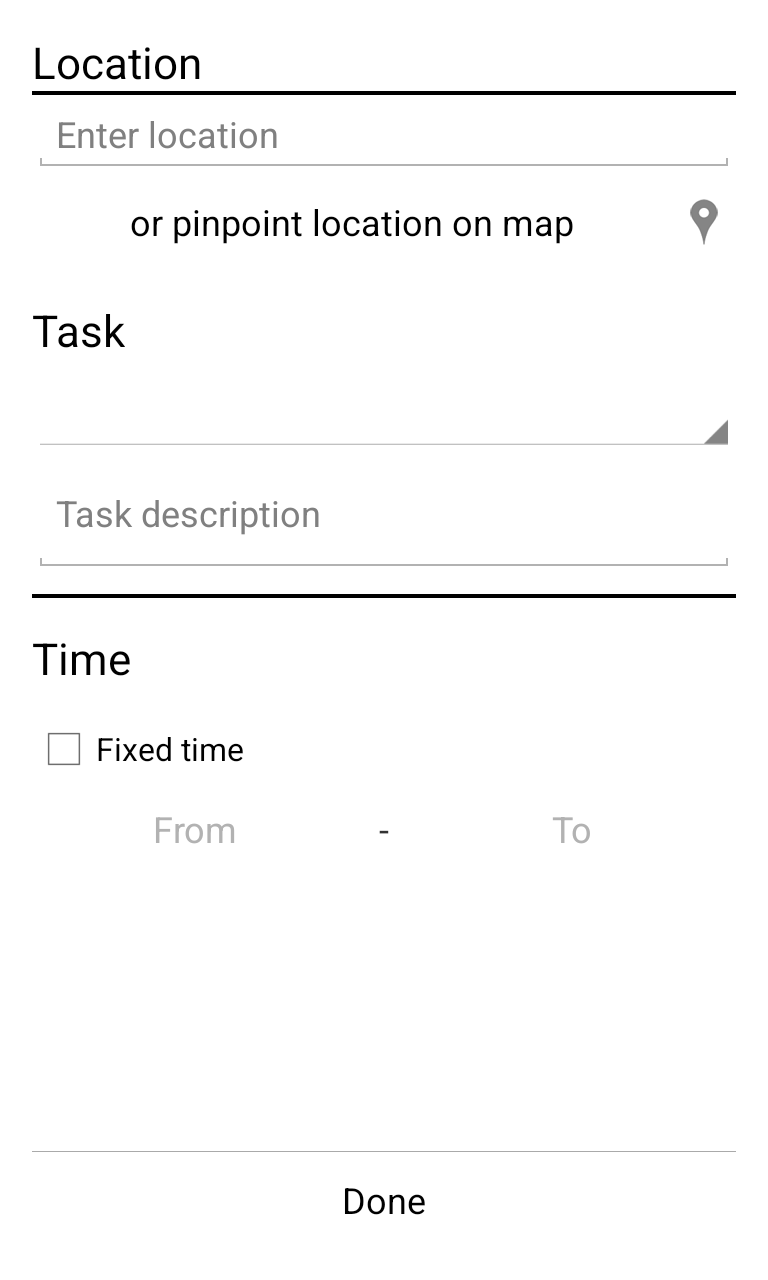
Repository: larserikstrand/IMT4904-Master
Layout: MTP/res/layout/activity_new_task.xml
An editor plug-in stored every save of this project. The layout is shown before and after the next save, followed by the edit.
It is drawn on a 768 x 1280 px phone screen (xhdpi) without system bars, with theme android:Theme.Holo.Light; the app's code is not run.

Above is the layout before, as saved 2014-02-10 21:02:17.

### MTP/res/layout/activity_new_task.xml
<LinearLayout xmlns:android="http://schemas.android.com/apk/res/android"
    xmlns:tools="http://schemas.android.com/tools"
    android:layout_width="match_parent"
    android:layout_height="match_parent"
    android:paddingBottom="@dimen/activity_vertical_margin"
    android:paddingLeft="@dimen/activity_horizontal_margin"
    android:paddingRight="@dimen/activity_horizontal_margin"
    android:paddingTop="@dimen/activity_vertical_margin"
    android:orientation="vertical"
    tools:context=".NewTaskActivity" >

    <ScrollView android:layout_width="match_parent"
        android:layout_height="0dp"
        android:layout_weight="1" >

    	<LinearLayout android:layout_width="match_parent"
        	android:layout_height="wrap_content"
        	android:orientation="vertical" >

        	<TextView
        		android:layout_width="wrap_content"
        		android:layout_height="wrap_content"
        		android:text="@string/location"
        		android:textAppearance="?android:attr/textAppearanceLarge" />

        	<View android:layout_width="match_parent"
        		android:layout_height="2dp"
        		android:background="@android:color/black" />

    		<EditText android:id="@+id/location_edit"
        		android:layout_width="match_parent"
        		android:layout_height="wrap_content"
        		android:hint="@string/location_hint" />

    		<Button android:id="@+id/location_button"
        		android:layout_width="match_parent"
        		android:layout_height="wrap_content"
        		android:background="?android:attr/selectableItemBackground"
        		android:text="@string/pinpoint"
        		android:drawableRight="@drawable/ic_location_place" />

    		<TextView
        		android:layout_width="wrap_content"
        		android:layout_height="wrap_content"
        		android:layout_marginTop="15dp"
        		android:layout_marginBottom="15dp"
        		android:text="@string/task"
        		android:textAppearance="?android:attr/textAppearanceLarge" />

    		<Spinner android:id="@+id/category_spinner"
        		android:layout_width="match_parent"
        		android:layout_height="wrap_content" />

    		<EditText android:id="@+id/description_edit"
        		android:layout_width="match_parent"
        		android:layout_height="wrap_content"
        		android:layout_marginBottom="10dp"
        		android:lines="2"
        		android:hint="@string/task_description_hint" />

    		<View android:layout_width="match_parent"
        		android:layout_height="2dp"
        		android:background="@android:color/black" />

    		<TextView
        		android:layout_width="wrap_content"
        		android:layout_height="wrap_content"
        		android:layout_marginTop="15dp"
        		android:layout_marginBottom="15dp"
        		android:text="@string/time"
        		android:textAppearance="?android:attr/textAppearanceLarge" />

    		<CheckBox android:id="@+id/fixed_time_check"
        		android:layout_width="match_parent"
        		android:layout_height="wrap_content"
        		android:text="@string/fixed_time" />

    		<LinearLayout android:id="@+id/time_layout"
        		android:layout_width="match_parent"
        		android:layout_height="wrap_content"
        		android:orientation="horizontal" >

        		<Button android:id="@+id/from_button"
            		android:layout_width="0dp"
            		android:layout_height="wrap_content"
            		android:layout_weight="1"
            		android:layout_marginRight="10dp"
            		android:background="?android:attr/selectableItemBackground"
            		android:text="@string/from"
            		android:enabled="false" />

        		<TextView android:layout_width="wrap_content"
            		android:layout_height="wrap_content"
            		android:text="@string/divider"
            		android:textSize="18sp" />

        		<Button android:id="@+id/to_button"
            		android:layout_width="0dp"
            		android:layout_height="wrap_content"
            		android:layout_weight="1"
            		android:layout_marginLeft="10dp"
            		android:background="?android:attr/selectableItemBackground"
            		android:text="@string/to"
            		android:enabled="false" />

    		</LinearLayout>

    	</LinearLayout>

    </ScrollView>

    <View android:layout_width="match_parent"
        android:layout_height="0.2dp"
        android:background="@android:color/darker_gray" />

    <Button android:id="@+id/done_button"
        android:layout_width="match_parent"
        android:layout_height="wrap_content"
        android:background="?android:attr/selectableItemBackground"
        android:text="@string/done" />

</LinearLayout>

### MTP/res/values/strings.xml
<?xml version="1.0" encoding="utf-8"?>
<resources>

    <!-- Titles -->
    <string name="app_name">MTP</string>
    <string name="title_activity_list">ListActivity</string>
    <string name="title_activity_new_task">New Task</string>
    <string name="title_activity_map">Map</string>

    <!-- Menu -->
    <string name="action_settings">Settings</string>
    <string name="action_about">About</string>

    <!-- General -->
    <string name="today">Today</string>
    <string name="week">Week</string>
    <string name="all_tasks">All Tasks</string>
    <string name="task">Task</string>
    <string name="new_task_list">New task list</string>
    <string name="new_task">New task</string>
    <string name="edit_list">Edit list</string>
    <string name="edit">Edit</string>
    <string name="delete">Delete</string>
    <string name="set_date">Set date</string>
    <string name="save">Save</string>
    <string name="done">Done</string>
    <string name="location">Location</string>
    <string name="location_hint">Enter location</string>
    <string name="pinpoint">or pinpoint location on map</string>
    <string name="task_description_hint">Task description</string>
    <string name="time">Time</string>
    <string name="fixed_time">Fixed time</string>
    <string name="from">From</string>
    <string name="to">To</string>
    <string name="divider">-</string>

    <!-- Messages/Alerts -->


    <!-- Arrays -->
    <string-array name="undergraduate_tasks_array">
        <item>Attend lecture</item>
        <item>Write report</item>
        <item>Do course exercises</item>
        <item>Meeting</item>
        <item>Group work</item>
    </string-array>

    <string-array name="postgraduate_tasks_array">
        <item>Write thesis</item>
        <item>Meeting</item>
    </string-array>

</resources>

Loaded but not shown: MTP/res/values/dimens.xml (common file)

After the next save:
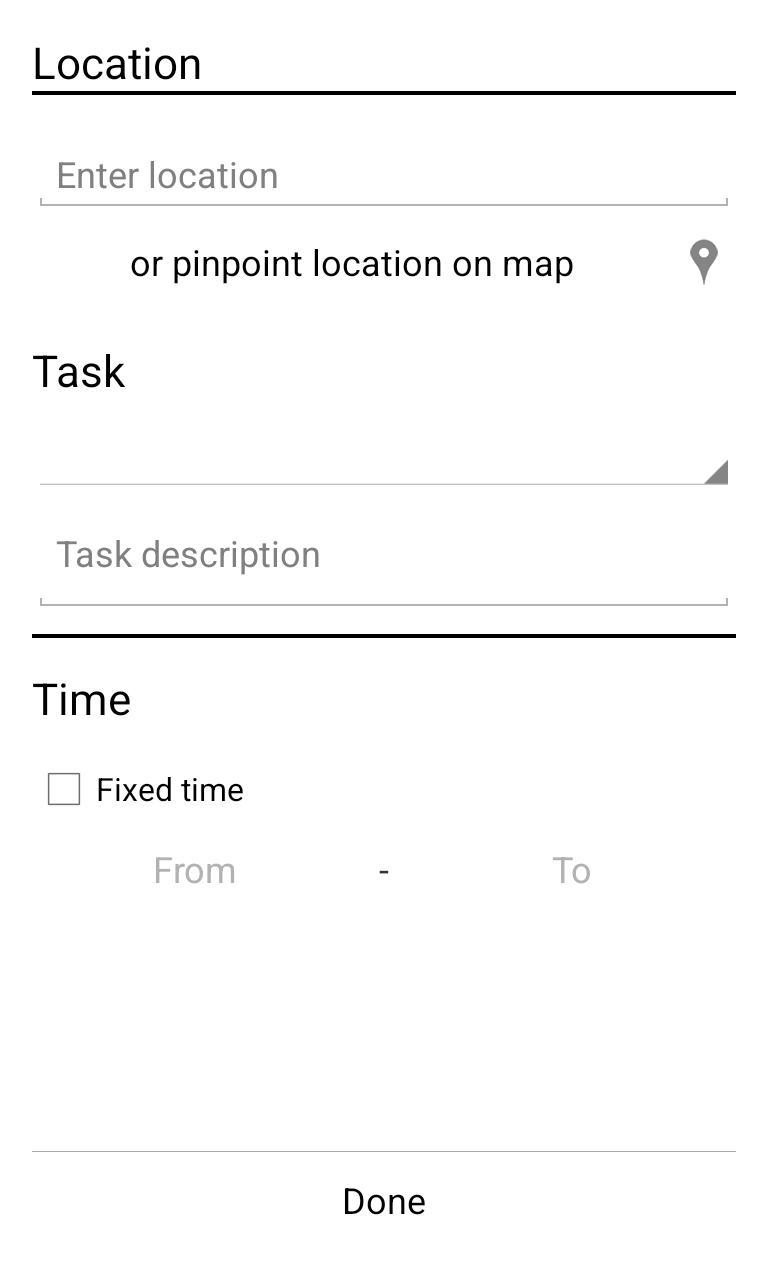
Saved 29 s later.
--- a/MTP/res/layout/activity_new_task.xml
+++ b/MTP/res/layout/activity_new_task.xml
@@ -25,6 +25,7 @@
 
         	<View android:layout_width="match_parent"
         		android:layout_height="2dp"
+        		android:layout_marginBottom="20dp"
         		android:background="@android:color/black" />
 
     		<EditText android:id="@+id/location_edit"
